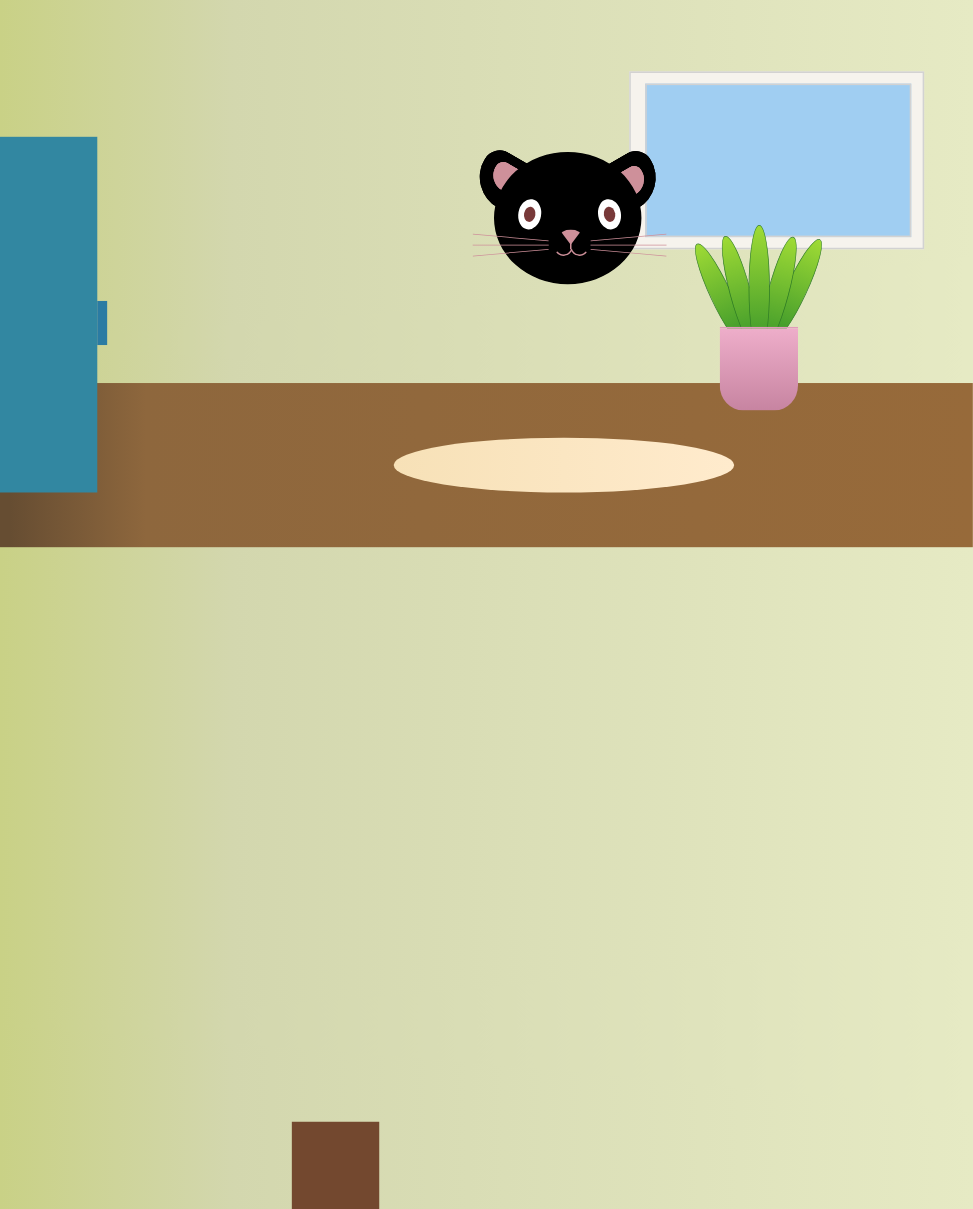
Repository: SandyLy453/COMP-2170-team-project
Page: index.html
An editor plug-in stored every save of this project. The page is shown before and after the next save, followed by the edit.
The browser window is 1280 px wide. The pictures show the whole page, at 76% of full size.

Above is the page before, as saved 2024-05-03 13:43:18.

### index.html
<!DOCTYPE html>
<html lang="en">
<head>
    <meta charset="UTF-8">
    <meta name="viewport" content="width=device-width, initial-scale=1.0">
    <title>Team Project: Doll Dress-Up Game</title>
    <link rel="stylesheet" href="styles.css" />
</head>
<body>
    <main class="main-area">
        <div class="background">
            <div class="floor"></div>
            <div class="closet">
                <div class="openner"></div>
            </div>
            <div class="carpet"></div>
            <div class="window">
                <div class="outside"></div>
            </div>
            <div class="plantPot">
                <div class="leaves">
                    <div class="plant"></div>
                    <div class="plant-left-one"></div>
                    <div class="plant-right-one"></div>
                    <div class="plant-left-two"></div>
                    <div class="plant-right-two"></div>
                </div>
                <div class="pot"></div>
            </div>
            <div class="picturesCombo">
                <div class="pictures-one">
                    <div class="pic-one"></div>
                </div>
                <div class="pictures-two">
                    <div class="pic-two"></div>
                </div>
                <div class="pictures-three">
                    <div class="pic-three"></div>
                </div>
                <div class="pictures-four">
                    <div class="pic-four"></div>
                </div>
                <div class="pictures-five">
                    <div class="pic-five"></div>
                </div>
                <div class="pictures-six">
                    <div class="pic-six"></div>
                </div>
            </div>
        </div>

        <div class="character">
            <div class="cat">
                <div class="cat-head">
                    <div class="ears">

                        <div class="left-ear">
                            <div class="left-inner-ear">
                            </div>
                        </div>

                        <div class="right-ear">
                            <div class="right-inner-ear">
                            </div>
                        </div>
                    </div>

                    <div class="cat-eyes">
                        <div class="left-eye">
                            <div class="left-inner-eye">
                            </div>
                        </div>
                        <div class="right-eye">
                            <div class="right-inner-eye">
                            </div>
                        </div>
                    </div>

                    <div class="cat-nose"></div>

                    <div class="cat-mouth">
                        <div class="middle-line"></div>
                        <div class="left-line"></div>
                        <div class="right-line"></div>
                    </div>

                    <div class="cat-whiskers-left">
                        <div class="whisker-left-top"></div>
                        <div class="whisker-left-middle"></div>
                        <div class="whisker-left-bottom"></div>
                    </div>
                    <div class="cat-whiskers-right">
                        <div class="whisker-right-top"></div>
                        <div class="whisker-right-middle"></div>
                        <div class="whisker-right-bottom"></div>
                    </div>
                </div>

                <div class="cat-body">
                    <div class="arm left-arm"></div>
                    <div class="arm right-arm"></div>
                    <div class="foot left-foot"></div>
                    <div class="foot right-arm"></div>
                </div>
            </div>
        </div>
    </main>
    <script src="script.js"></script>
</body>
</html>

### styles.css
body {
    margin: 0;
    width: 100vw;
    min-height: 100vh;
    background: linear-gradient(90deg, rgba(201,209,134,1) 0%, rgba(211,215,174,1) 24%, rgba(230,234,196,1) 100%);
}

/* Background styling */

.background {
    z-index: -10;
}

.floor {
    position: absolute;
    bottom: 0;
    width: 100vw;
    height: 30vh;
    background: linear-gradient(90deg, rgba(102,77,50,1) 1%, rgb(142, 103, 61) 15%, rgba(151,106,58,1) 100%);
    z-index: -2;
}

.closet {
    position: absolute;
    bottom: 10vh;
    left: 0;
    width: 10vw;
    height: 65vh;
    background-color: rgb(50, 135, 161);
}

.openner {
    position: relative;
    width: 1vw;
    height: 8vh;
    left: 10vw;
    bottom: -30vh;
    background-color: rgb(43, 123, 163);
}

.carpet {
    width: 35vw;
    height: 10vh;
    border-radius: 50%;
    background: linear-gradient(90deg, rgba(247,225,183,1) 0%, rgba(255,235,205,1) 100%);
    position: absolute;
    bottom: 10vh;
    right: 24.5vw;
}

.window {
    width: 30vw;
    height: 32vh;
    background-color: rgb(246, 243, 237);
    position: absolute;
    right: 5vw;
    top: 13vh;
    border: 2px solid rgb(210, 210, 210);
    z-index: -10;
}

.outside {
    width: 27vw;
    height: 27.5vh;
    background-color: rgb(160, 206, 242);
    position: relative;
    left: 1.5vw;
    top: 2vh;
    border: 2px solid rgb(210, 210, 210)
}

.plantPot {
    position: absolute;
    right: 18vw;
    bottom: 25vh;
}

.pot {
    width: 8vw;
    height: 15vh;
    background: linear-gradient(180deg, rgba(238,174,202,1) 0%, rgba(199,132,161,1) 100%);
    border-bottom-left-radius: 30%;
    border-bottom-right-radius: 30%;
    border-top: 2px solid rgb(224, 156, 186);
    z-index: 2;
}

.leaves {
    position: relative;
    top: 29rem;
    left: 0.45rem;
}

.plant {
    height: 23vh;
    width: 2vw;
    background: linear-gradient(0deg, rgba(55,148,42,1) 0%, rgba(159,219,53,1) 100%);
    z-index: -1;
    position: relative;
    top: 10.5rem;
    left: 30%;
    border-radius: 100%;
    border: 1px solid rgb(47, 124, 37);
}

.plant-left-one {
    height: 21vh;
    width: 2vw;
    background: linear-gradient(0deg, rgba(55,148,42,1) 0%, rgba(159,219,53,1) 100%);
    z-index: -2;
    position: relative;
    top: 0.75rem;
    left: 0.35rem;
    border-radius: 100%;
    border: 1px solid rgb(47, 124, 37);
    transform: rotate(-15deg);
}

.plant-right-one {
    height: 21vh;
    width: 2vw;
    background: linear-gradient(0deg, rgba(55,148,42,1) 0%, rgba(159,219,53,1) 100%);
    z-index: -3;
    position: relative;
    top: -8.75rem;
    left: 3.5rem;
    border-radius: 100%;
    border: 1px solid rgb(47, 124, 37);
    transform: rotate(15deg);
}

.plant-left-two {
    height: 20vh;
    width: 2vw;
    background: linear-gradient(0deg, rgba(55,148,42,1) 0%, rgba(159,219,53,1) 100%);
    z-index: -4;
    position: relative;
    top: -18rem;
    left: -1.25rem;
    border-radius: 100%;
    border: 1px solid rgb(47, 124, 37);
    transform: rotate(-25deg);
}

.plant-right-two {
    height: 20vh;
    width: 2vw;
    background: linear-gradient(0deg, rgba(55,148,42,1) 0%, rgba(159,219,53,1) 100%);
    z-index: -5;
    position: relative;
    top: -27.5rem;
    left: 5rem;
    border-radius: 100%;
    border: 1px solid rgb(47, 124, 37);
    transform: rotate(25deg);
}

.picturesCombo {
    position: absolute;
    left: 30vw;
    top: 205vh;
}

.pictures-one {
    position: relative;
    width: 9vw;
    height: 9vw;
    background-color: rgb(115, 72, 47);
}

.pictures-two {
    position: relative;
}

.pictures-three {
    position: relative;
}

.pictures-four {
    position: relative;
}

.pictures-five {
    position: relative;
}

.pictures-six {
    position: relative;
}



/* Cat styling */

.cat-head {
    position: absolute;
    right: 0;
    left: 650px;
    top: 200px;
    bottom: 0;
    background-color: black;
    width: 190px;
    height: 170px;
    border: 2px solid black;
    border-radius: 50%;
}

.left-ear {
    position: absolute;
    z-index: -1;
    top: 0;
    left: -25px;
    border-top-left-radius: 80px;
    border-top-right-radius: 40px;
    transform: rotate(-60deg);
    border-left: 35px solid black;
    border-right: 35px solid black;
    border-bottom: 70px solid black;
}

.right-ear {
    position: absolute;
    z-index: -1;
    top: 1px;
    left: 145px;
    border-top-left-radius: 40px;
    border-top-right-radius: 80px;
    transform: rotate(60deg);
    border-left: 35px solid black;
    border-right: 35px solid black;
    border-bottom: 70px solid black;
}

.left-inner-ear {
    position: absolute;
    top: 0;
    left: -30px;
    transform: scale(0.5);
    border-top-left-radius: 80px;
    border-top-right-radius: 40px;
    border-bottom-right-radius: 40%;
    border-bottom-left-radius: 40%;
    border-left: 35px solid rgb(206, 144, 154);
    border-right: 35px solid rgb(206, 144, 154);
    border-bottom: 70px solid rgb(206, 144, 154);
}

.right-inner-ear {
    position: absolute;
    top: 0px;
    left: -35px;
    transform: scale(0.5);
    border-top-left-radius: 40px;
    border-top-right-radius: 80px;
    border-bottom-right-radius: 40%;
    border-bottom-left-radius: 40%;
    border-left: 35px solid rgb(206, 144, 154);
    border-right: 35px solid rgb(206, 144, 154);
    border-bottom: 70px solid rgb(206, 144, 154);
}

.left-eye {
    position: absolute;
    top: 60px;
    left: 30px;
    border-radius: 60%;
    transform: rotate(10deg);
    width: 30px;
    height: 40px;
    background-color: white;
}

.right-eye {
    position: absolute;
    top: 60px;
    left: 135px;
    border-radius: 60%;
    transform: rotate(-10deg);
    width: 30px;
    height: 40px;
    background-color: white;
}

.left-inner-eye {
    position: absolute;
    top: 0px;
    left: 0px;
    border-radius: 60%;
    transform: scale(0.5);
    width: 30px;
    height: 40px;
    background-color: rgb(120, 57, 57);
}

.right-inner-eye {
    position: absolute;
    top: 0px;
    left: 0px;
    border-radius: 60%;
    transform: scale(0.5);
    width: 30px;
    height: 40px;
    background-color: rgb(120, 57, 57);
}

.cat-nose {
    position: absolute;
    top: 100px;
    left: 84px;
    border-top-left-radius: 50%;
    border-top-right-radius: 50%;
    border-bottom-right-radius: 50%;
    border-bottom-left-radius: 50%;
    transform: rotate(180deg);
    border-left: 15px solid transparent;
    border-right: 15px solid transparent;
    border-bottom: 20px solid rgb(206, 144, 154);
}

/* .cat-mouth div{
    position: absolute;
    top: 50px;
    width: 30px;
    height: 50px;
    border: 2px solid rgb(206, 144, 154);
    border-radius: 190%/190px;
    border-color: rgb(206, 144, 154) transparent transparent transparent;
} */

.left-line {
    position: absolute;
    top: 81px;
    left: 69.5px;
    width: 30px;
    height: 50px;
    border: 2px solid rgb(206, 144, 154);
    border-radius: 80%;
    transform: rotate(170deg);
    border-color: rgb(206, 144, 154) transparent transparent transparent;
}

.middle-line {
    position: absolute;
    top: 120px;
    left: 94px;
    width: 10px;
    height: 2px;
    background-color: rgb(206, 144, 154);
    transform: rotate(90deg);
}

.right-line {
    position: absolute;
    top: 81px;
    left: 95.5px;
    width: 30px;
    height: 50px;
    border: 2px solid rgb(206, 144, 154);
    border-radius: 80%;
    transform: rotate(190deg);
    border-color: rgb(206, 144, 154) transparent transparent transparent;
}

.whisker-left-top {
    position: absolute;
    top: 110px;
    left: -30px;
    transform: rotate(5deg);
    width: 100px;
    height: 1px;
    background-color: rgb(206, 144, 154);
}

.whisker-left-middle {
    position: absolute;
    top: 120px;
    left: -30px;
    transform: rotate(0deg);
    width: 100px;
    height: 1px;
    background-color: rgb(206, 144, 154);
}

.whisker-left-bottom {
    position: absolute;
    top: 130px;
    left: -30px;
    transform: rotate(-5deg);
    width: 100px;
    height: 1px;
    background-color: rgb(206, 144, 154);
}

.whisker-right-top {
    position: absolute;
    top: 110px;
    left: 125px;
    transform: rotate(-5deg);
    width: 100px;
    height: 1px;
    background-color: rgb(206, 144, 154);
}

.whisker-right-middle {
    position: absolute;
    top: 120px;
    left: 125px;
    transform: rotate(0deg);
    width: 100px;
    height: 1px;
    background-color: rgb(206, 144, 154);
}

.whisker-right-bottom {
    position: absolute;
    top: 130px;
    left: 125px;
    transform: rotate(5deg);
    width: 100px;
    height: 1px;
    background-color: rgb(206, 144, 154);
}

### script.js
const shirts = ["shirt1","shirt2","shirt3","shirt4", "shirt5"]

const bottoms = ["bottom1","bottom2","bottom3","bottom4", "bottom5"]

const accessories = ["acc1","acc2","acc3","acc4", "acc5"]

After the next save:
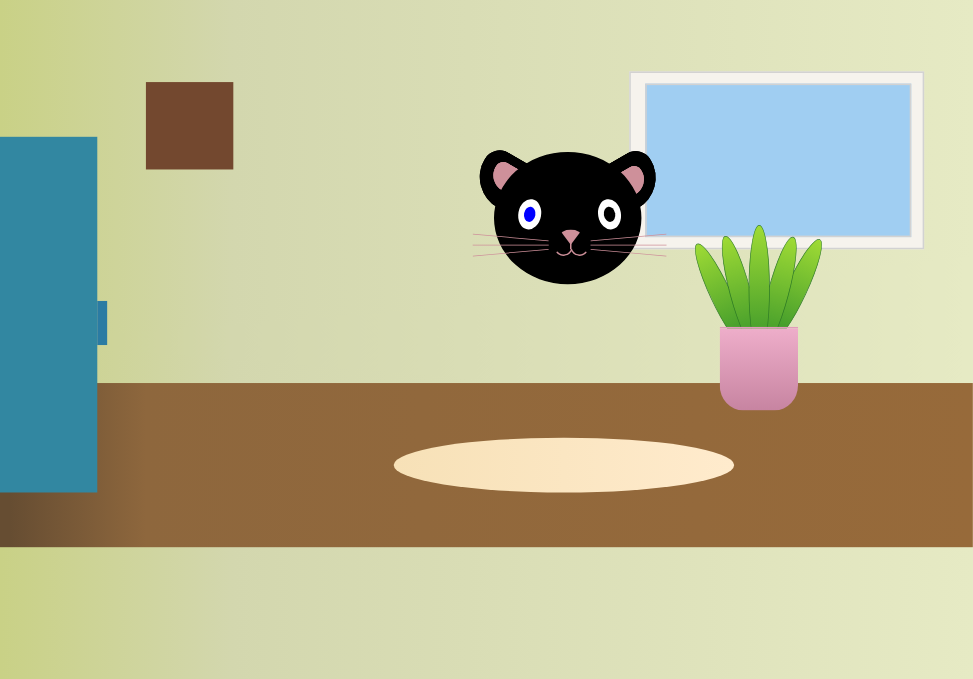
Saved 35 s later.
--- a/styles.css
+++ b/styles.css
@@ -157,8 +157,8 @@ body {
 
 .picturesCombo {
     position: absolute;
-    left: 30vw;
-    top: 205vh;
+    left: 15vw;
+    top: 15vh;
 }
 
 .pictures-one {
@@ -289,7 +289,7 @@ body {
     transform: scale(0.5);
     width: 30px;
     height: 40px;
-    background-color: rgb(120, 57, 57);
+    background-color: blue;
 }
 
 .right-inner-eye {
@@ -300,7 +300,7 @@ body {
     transform: scale(0.5);
     width: 30px;
     height: 40px;
-    background-color: rgb(120, 57, 57);
+    background-color: black;
 }
 
 .cat-nose {
